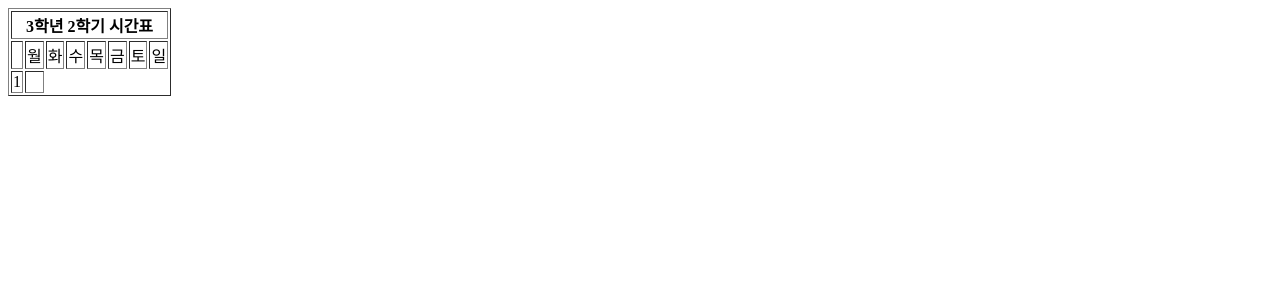
Repository: Cha-Ji/InternetProgramming
Page: week01/WebContent/hw04.html
An editor plug-in stored every save of this project. The page is shown before and after the next save, followed by the edit.
The browser window is 1280 px wide. The pictures show the whole page.

Above is the page before, as saved 2020-09-06 13:03:09.

After the next save:
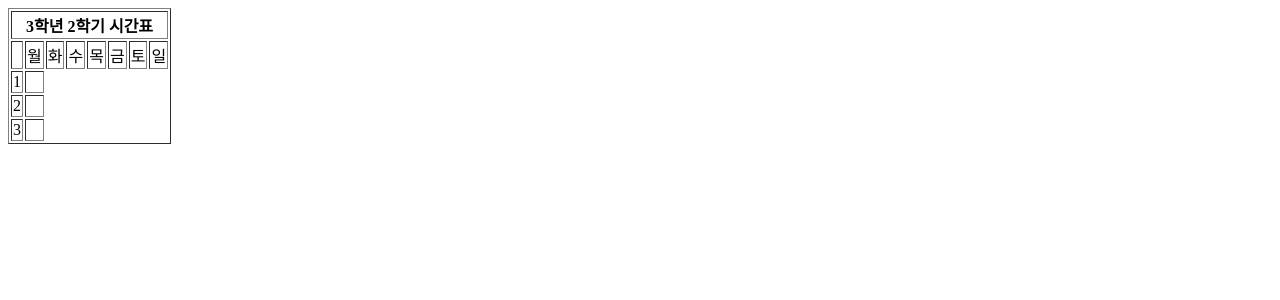
Saved 2 min 0 s later.
--- a/week01/WebContent/hw04.html
+++ b/week01/WebContent/hw04.html
@@ -7,13 +7,22 @@
 <body>
 	<table border="1">
 	<th colspan = "8">3학년 2학기 시간표</th>
-	<tr><!-- 첫번째 줄 시작 -->
+	<tr><!-- 0.요일 -->
 	    <td></td><td>월</td><td>화</td><td>수</td><td>목</td><td>금</td><td>토</td><td>일</td>
-	</tr><!-- 첫번째 줄 끝 -->
-	<tr><!-- 두번째 줄 시작 -->
+	</tr>
+	<tr><!-- 1. 1교시  -->
 	    <td>1</td>
 	    <td></td>
-	</tr><!-- 두번째 줄 끝 -->
+	</tr>
+		<!-- 2. 2교시  -->
+	    <td>2</td>
+	    <td></td>
+	</tr>
+		<!-- 3. 3교시  -->
+	    <td>3</td>
+	    <td></td>
+	</tr>
+
     </table>
 </body>
 </html>
